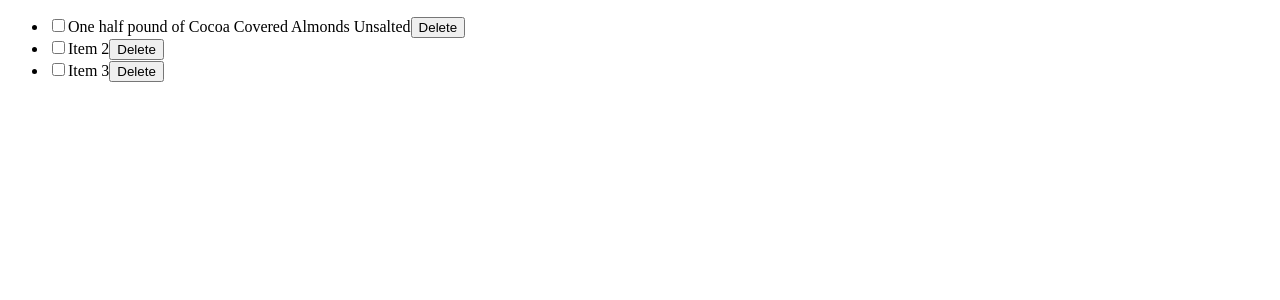
Repository: akinmiday/react-series
Page: /
These files come from the project's save history. The page is drawn as it stood at one moment and after the next save; the edit follows.
The browser window is 1280 px wide. The pictures show the whole page.
The project was rebuilt for these pictures with package versions that can differ from the ones it lists, and the page was loaded fresh each time. Also part of the build but not shown: vite.config.js, src/App.css, src/index.css.

Above is the page before, as saved 2023-08-21 17:51:36.

After the next save:
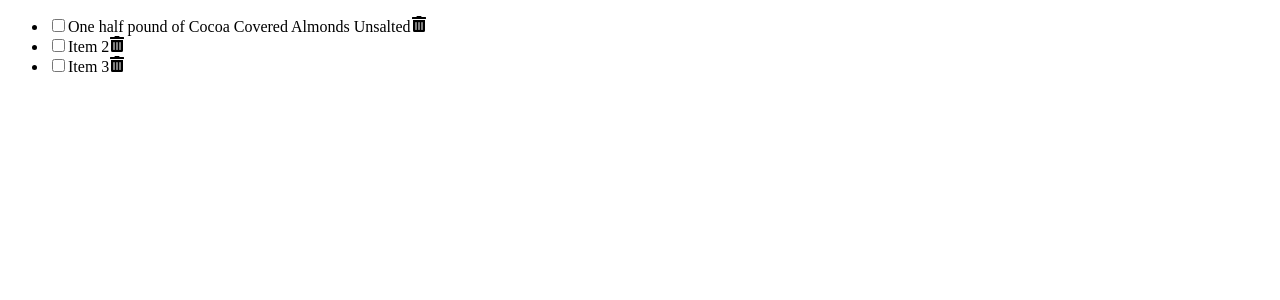
Saved 19 s later.
--- a/src/App.jsx
+++ b/src/App.jsx
@@ -34,7 +34,7 @@ const App = () => {
               checked={item.checked}
             />
             <label>{item.item}</label>
-            <button>Delete</button>
+            <FaTrashAlt />
           </li>
         ))}
       </ul>
